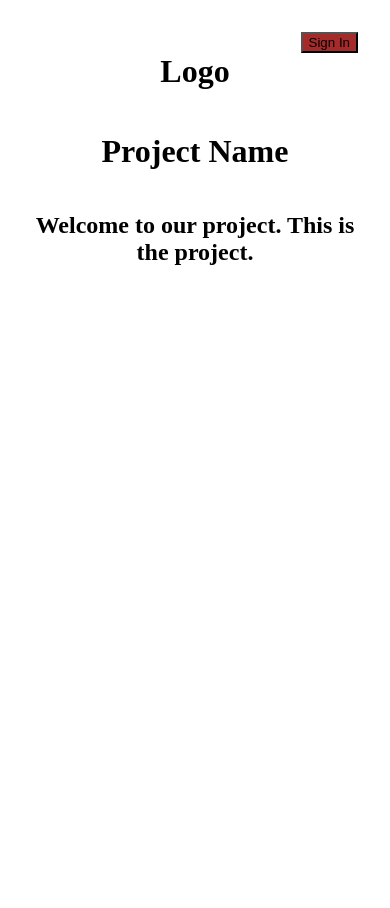
Repository: GG1627/SwampHacks-X-Project
Page: /
The author's editor kept a copy of each file at every save. The page is drawn from the files as they stood at one save, then again after the next save.
The browser window is 390 px wide. The pictures show the whole page.
The app was drawn by React Native's web renderer in a window 390 px wide. The project was rebuilt for these pictures with package versions that can differ from the ones it lists, and the page was loaded fresh each time. Also part of the build but not shown: vite.config.js.

Above is the page before, as saved 2025-01-25 10:59:42.

After the next save:
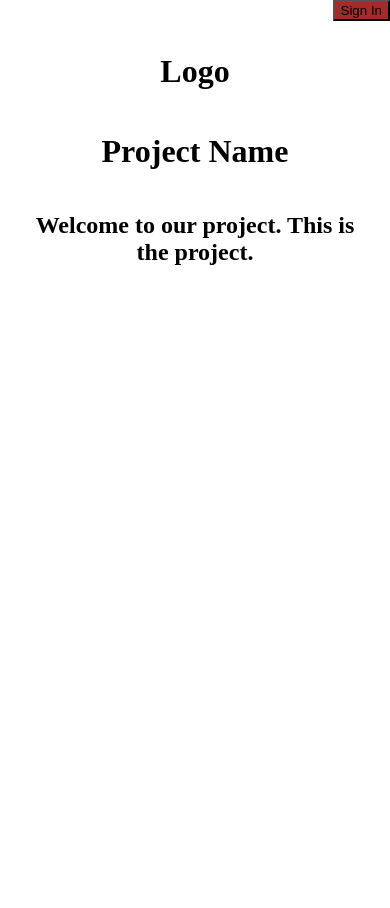
Saved 5 s later.
--- a/src/components/HomeScreen.css
+++ b/src/components/HomeScreen.css
@@ -1,5 +1,5 @@
 .button {
-  position: absolute;
+  position: fixed;
   right: 0;
   top: 0;
   background-color: brown;
